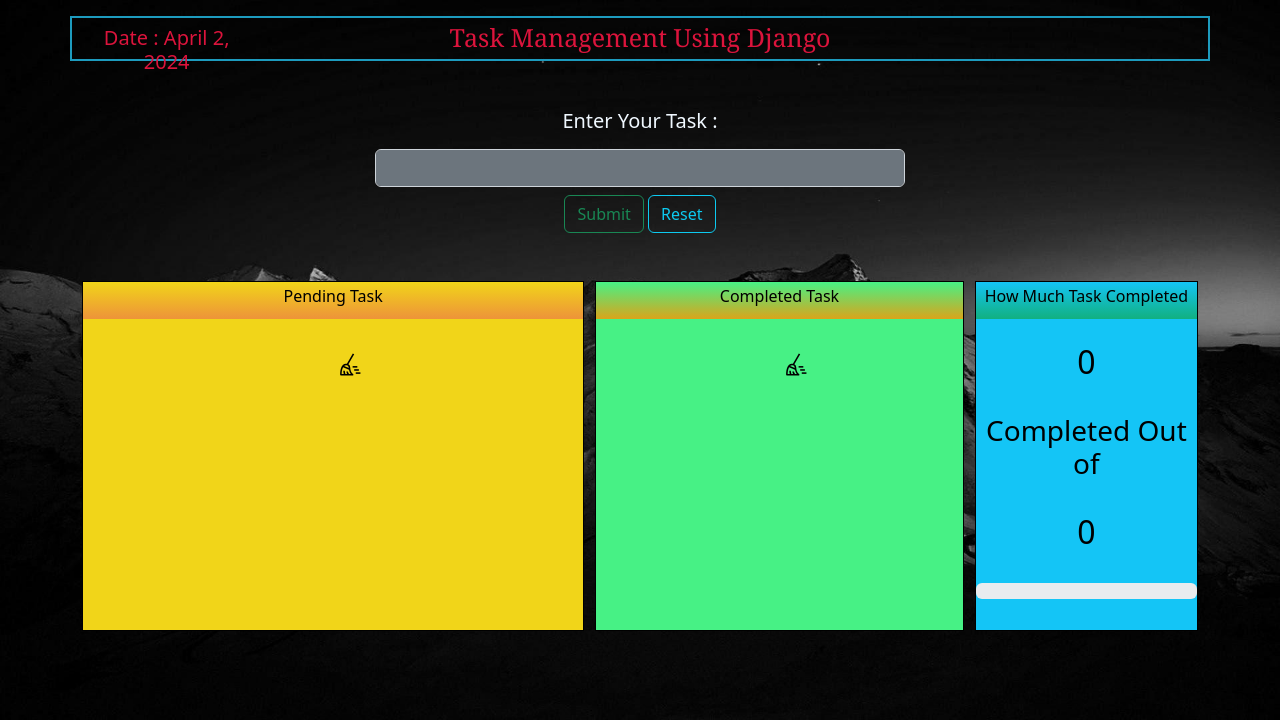
Repository: AbakashRonny/TaskManagement
Page: http://localhost/TaskManagementApp/dolist/
The author's editor kept a copy of each file at every save. The page is drawn from the files as they stood at one save, then again after the next save.
The browser window is 1280 px wide. The pictures show the whole page.
Some icons come from a web library that is not loaded, so they are not drawn. The page is served by the project's application, run on Django 5.2 (TaskManagement/manage.py). Queries for data that is not in the repository find no rows.

Above is the page before, as saved 2024-06-12 03:12:31.

After the next save:
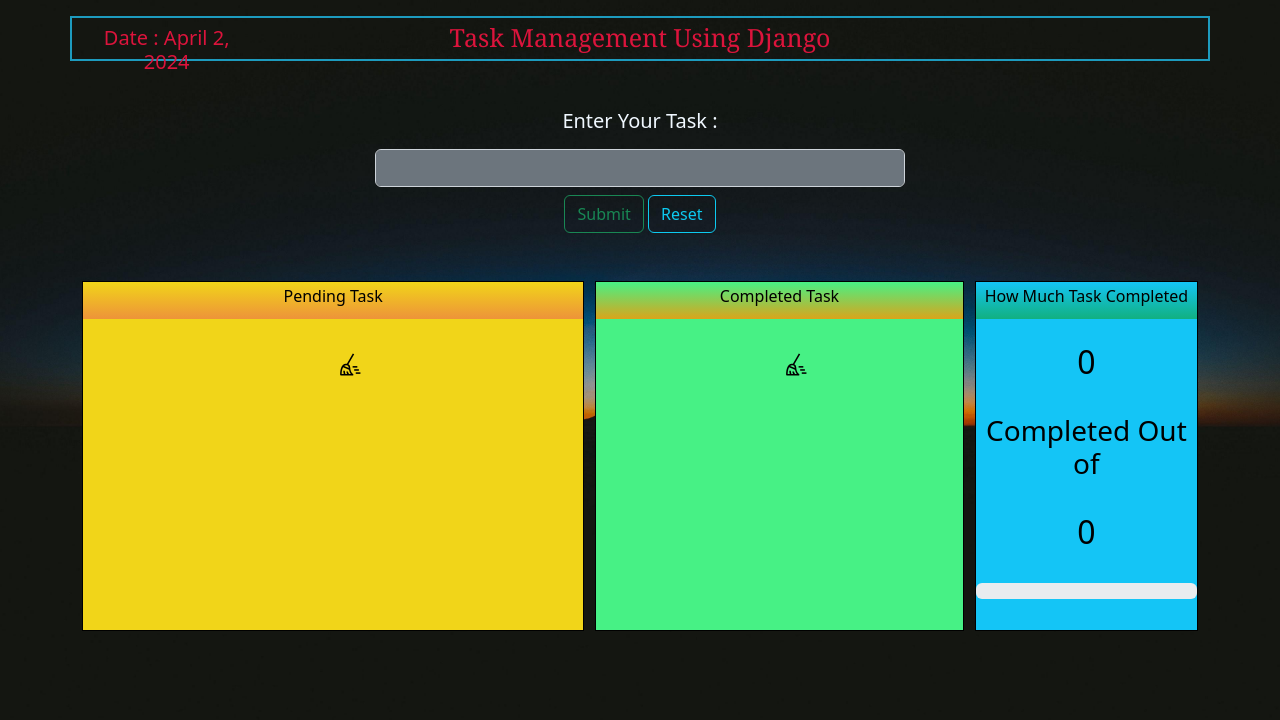
Saved 26 s later.
--- a/TaskManagement/templates/TaskManagementApp/home.html
+++ b/TaskManagement/templates/TaskManagementApp/home.html
@@ -11,7 +11,7 @@
     <script src="https://cdn.lordicon.com/lordicon.js"></script>
     <style>
         body {
-            background-image: url('{% static "image/3.jpg" %}');
+            background-image: url('{% static "image/5.jpg" %}');
             background-repeat: no-repeat;
             background-size: cover;
             color: aliceblue;

After the save that followed:
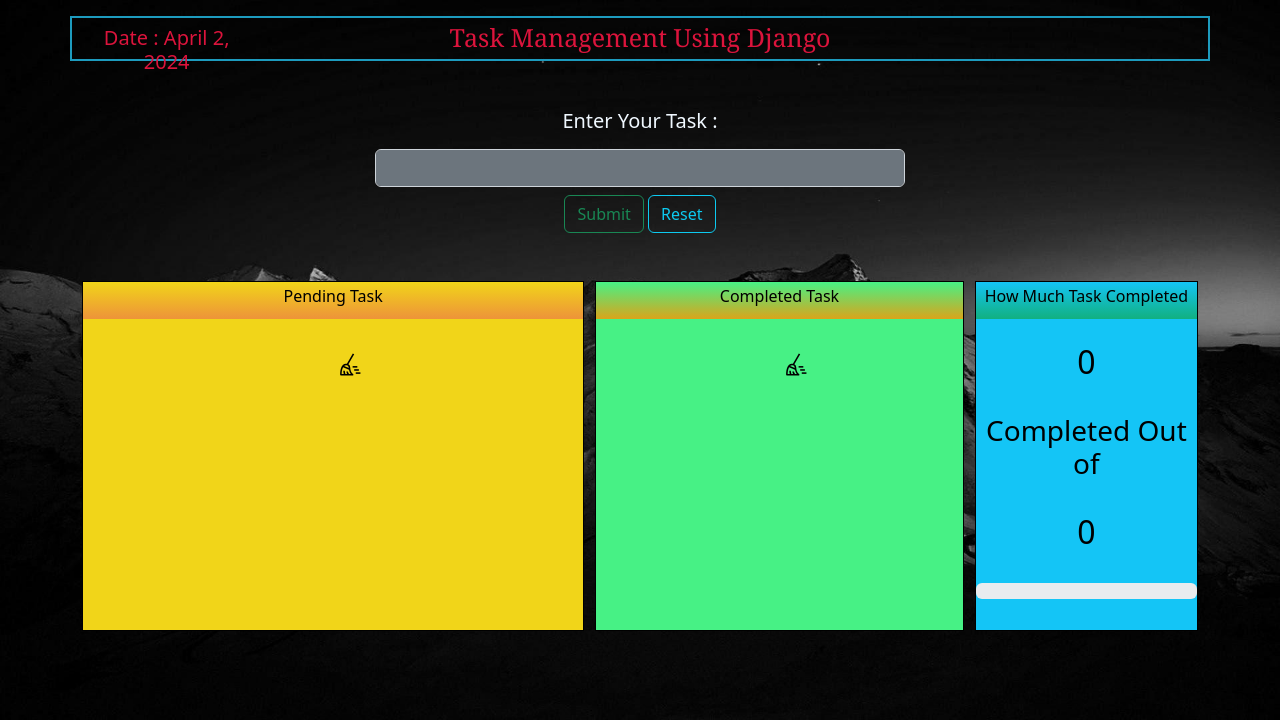
Saved 16 s later.
--- a/TaskManagement/templates/TaskManagementApp/home.html
+++ b/TaskManagement/templates/TaskManagementApp/home.html
@@ -11,7 +11,7 @@
     <script src="https://cdn.lordicon.com/lordicon.js"></script>
     <style>
         body {
-            background-image: url('{% static "image/5.jpg" %}');
+            background-image: url('{% static "image/3.jpg" %}');
             background-repeat: no-repeat;
             background-size: cover;
             color: aliceblue;
